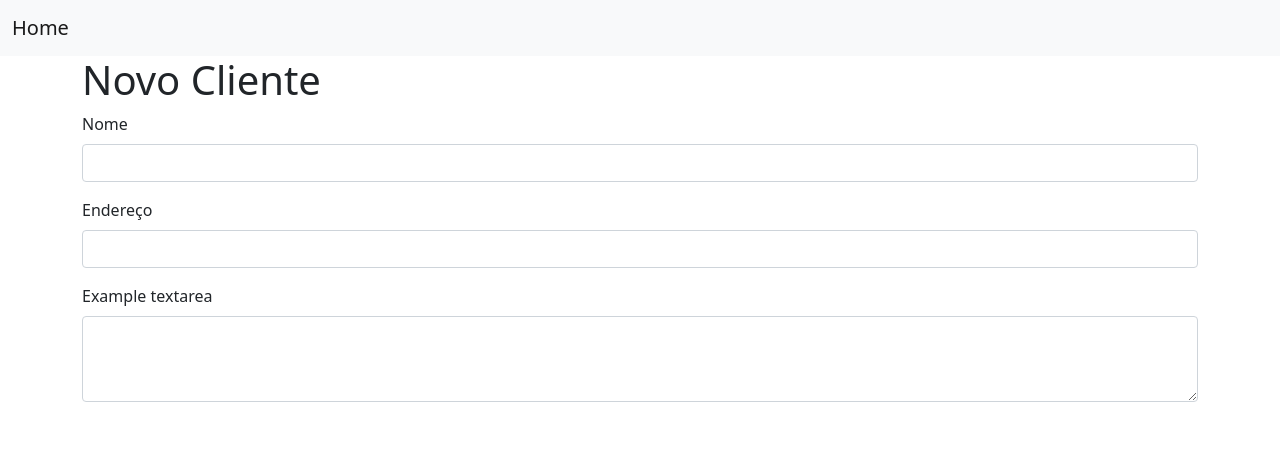
Repository: Luckycaat/eloquent-ORM
Page: http://localhost/clients/create
An editor plug-in stored every save of this project. The page is shown before and after the next save, followed by the edit.
The browser window is 1280 px wide. The pictures show the whole page.
The page is served by the project's Laravel application, run on PHP 8.4 with Laravel 9.

Above is the page before, as saved 2022-09-20 15:29:52.

After the next save:
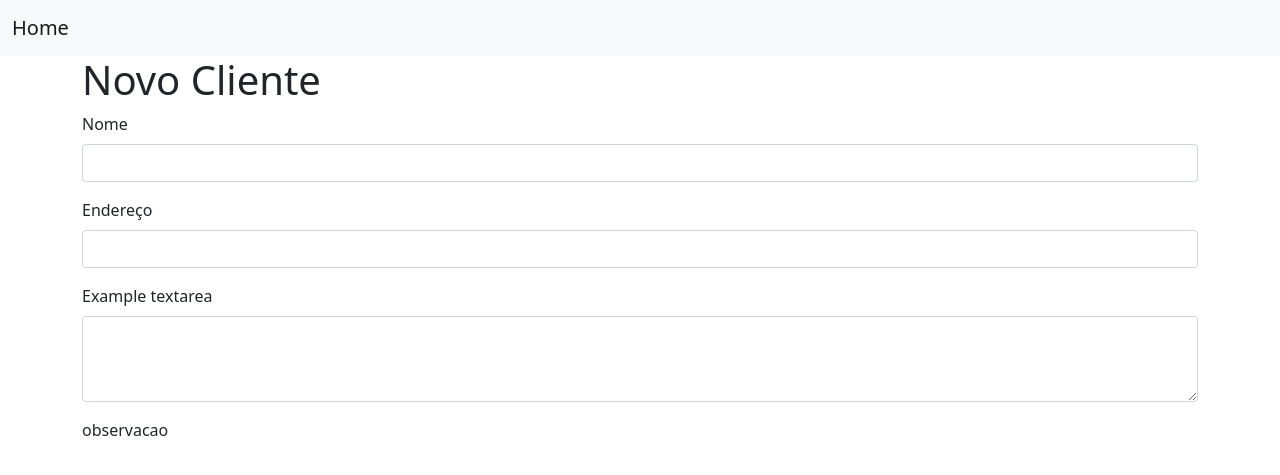
Saved 13 s later.
--- a/resources/views/clients/create.blade.php
+++ b/resources/views/clients/create.blade.php
@@ -12,9 +12,9 @@
             <input type="email" class="form-control" id="endereco" placeholder="">
         </div>
         <div class="mb-3">
-            <label for="exampleFormControlTextarea1" class="form-label">Example textarea</label>
-            <textarea class="form-control" id="exampleFormControlTextarea1" rows="3"></textarea>
-        </div>
+            <label for="observacao" class="form-label">Example textarea</label>
+            <textarea class="form-control" id="eobservacao" rows="3"></textarea>
+        </div>observacao
     </form>
 
 @endsection

After the save that followed:
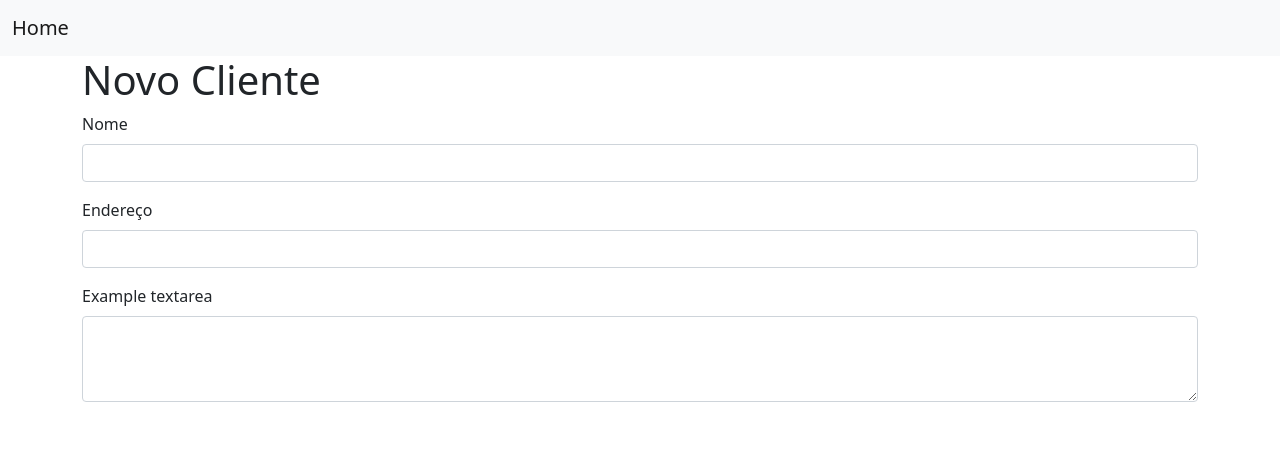
Saved 6 s later.
--- a/resources/views/clients/create.blade.php
+++ b/resources/views/clients/create.blade.php
@@ -12,9 +12,9 @@
             <input type="email" class="form-control" id="endereco" placeholder="">
         </div>
         <div class="mb-3">
-            <label for="observacao" class="form-label">Example textarea</label>
-            <textarea class="form-control" id="eobservacao" rows="3"></textarea>
-        </div>observacao
+            <label for="exampleFormControlTextarea1" class="form-label">Example textarea</label>
+            <textarea class="form-control" id="exampleFormControlTextarea1" rows="3"></textarea>
+        </div>
     </form>
 
 @endsection
